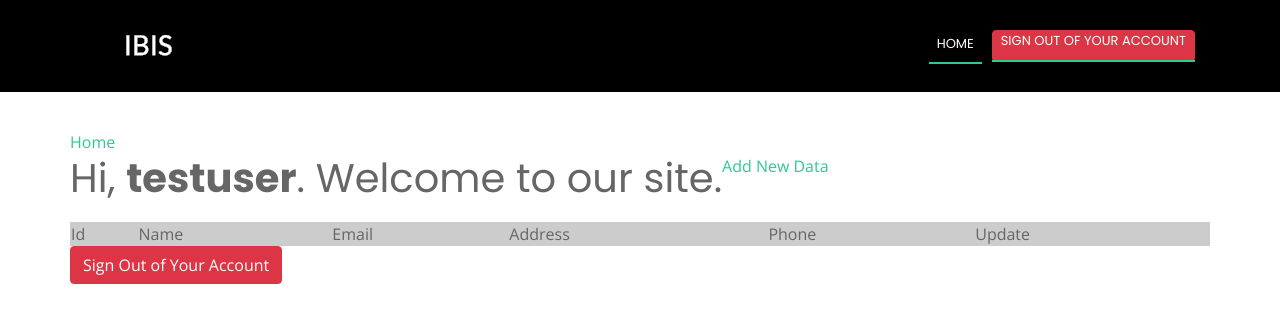
Repository: bhavrishi/Php_Internship_System
Page: http://localhost/ibis/admin/companies/index.php
The author's editor kept a record of every edit. The page is drawn from the files as they stood at one moment, then again after the next edit.
The browser window is 1280 px wide. The pictures show the whole page.
The page is run by PHP 8.4 with error messages shown; the project is at /var/www/html/. The session is filled in as if someone had signed in: {"username": "testuser"}. Other server files are loaded and not shown. Queries for data that is not in the repository find no rows.

Above is the page before.

### workspace/ibis/admin/companies/index.php


<?php
//including the database connection file
include_once("config.php");

// Initialize the session
session_start();

// If session variable is not set it will redirect to login page
if(!isset($_SESSION['username']) || empty($_SESSION['username'])){
 header("location: ../login.php");
 exit;
}

//fetching data in descending order (lastest entry first)
//$result = mysql_query("SELECT * FROM users ORDER BY id DESC"); // mysql_query is deprecated
$result = mysqli_query($mysqli, "SELECT * FROM companies ORDER BY company_id DESC"); // using mysqli_query instead
?>

<html>
<head>
	<title>Edit Companies</title>
	<meta charset="utf-8">
  <title>IBIS Internship System</title>
  <meta content="width=device-width, initial-scale=1.0" name="viewport">
  <meta content="" name="keywords">
  <meta content="" name="description">

  <!-- Favicons -->
  <link href="../../img/favicon.png" rel="icon">
  <link href="../..img/apple-touch-icon.png" rel="apple-touch-icon">

  <!-- Google Fonts -->
  <link href="https://fonts.googleapis.com/css?family=Open+Sans:300,300i,400,400i,700,700i|Poppins:300,400,500,700" rel="stylesheet">

  <!-- Bootstrap CSS File -->
  <link href="../../lib/bootstrap/css/bootstrap.min.css" rel="stylesheet">

  <!-- Libraries CSS Files -->
  <link href="../../lib/font-awesome/css/font-awesome.min.css" rel="stylesheet">
  <link href="../../lib/animate/animate.min.css" rel="stylesheet">

  <!-- Main Stylesheet File -->
  <link href="../style.css" rel="stylesheet">
</head>

<body>

	 <!--==========================
  Header
  ============================-->
  <header id="header">
    <div class="container">

      <div id="logo" class="pull-left">
        <a href="#"><img src="../../img/logo.png" alt="" title="" /></img></a>
        <!-- Uncomment below if you prefer to use a text logo -->
        <!--<h1><a href="#hero">Regna</a></h1>-->
      </div>
      <nav id="nav-menu-container">
        <ul class="nav-menu">
          <li class="menu-active"><a href="../">Home</a></li>
          <li class="menu-active"><a href="../logout.php" class="btn btn-danger">Sign Out of Your Account</a></li>
        </ul>
      </nav><!-- #nav-menu-container -->
    </div>
  </header><!-- #header -->

  <main id="main">

    <section id="about">
      <div class="container">
      	<div class="row">
      		<a href="../main.php"> Home</a>
      	</div>
        <div class="row about-container">

<h1>Hi, <b><?php echo $_SESSION['username']; ?></b>. Welcome to our site.</h1>
<a href="add.html">Add New Data</a><br/><br/>

	<table width='100%' border=0>

	<tr bgcolor='#CCCCCC'>
		<td>Id</td>
		<td>Name</td>
		<td>Email</td>
		<td>Address</td>
		<td>Phone</td>
		<td>Update</td>
	</tr>
	<?php
	//while($res = mysql_fetch_array($result)) { // mysql_fetch_array is deprecated, we need to use mysqli_fetch_array
	while($res = mysqli_fetch_array($result)) {
		echo "<tr>";
		echo "<td>".$res['company_id']."</td>";
		echo "<td>".$res['company_name']."</td>";
		echo "<td>".$res['company_email']."</td>";
		echo "<td>".$res['comapny_address']."</td>";
		echo "<td>".$res['company_phone']."</td>";

		echo "<td><a href=\"edit.php?company_id=$res[company_id]\">Edit</a> |
		<a href=\"delete.php?company_id=$res[company_id]\" onClick=\"return confirm('Are you sure you want to delete?')\">Delete</a></td>";
	}
	?>
	</table>
	<p><a href="../logout.php" class="btn btn-danger">Sign Out of Your Account</a></p>

</main>
</section>
</div>
</div>
</body>
</html>

### workspace/ibis/admin/companies/config.php
<?php
/*
// mysql_connect("database-host", "username", "password")
$conn = mysql_connect("localhost","root","root")
			or die("cannot connected");

// mysql_select_db("database-name", "connection-link-identifier")
@mysql_select_db("test",$conn);
*/

/**
 * mysql_connect is deprecated
 * using mysqli_connect instead
 */

$databaseHost = 'localhost';
$databaseName = 'Ibis';
$databaseUsername = 'sambuahin';
$databasePassword = '';

$mysqli = mysqli_connect($databaseHost, $databaseUsername, $databasePassword, $databaseName);

?>

### workspace/ibis/admin/style.css
.wrapper{
  width: 300px;
  margin: auto;
}
/*--------------------------------------------------------------
# General
--------------------------------------------------------------*/
form {
    margin-top: 2em;
}
.don{
  margin-top: 30px!important;
  width:100%;
  margin-bottom: 10px;
}
body {
  background: #fff;
  color: #666666;
  font-family: "Open Sans", sans-serif;
}
.con{
  width: 50%;
  margin: auto;
}
.mai{
  height: 100vh;
}
a {
  color: #2dc997;
}

a:hover, a:active, a:focus {
  color: #2dca98;
  outline: none;
  text-decoration: none;
}

p {
  padding: 0;
  margin: 0 0 30px 0;
}

h1, h2, h3, h4, h5, h6 {
  font-family: "Poppins", sans-serif;
  font-weight: 400;
  margin: 0 0 20px 0;
  padding: 0;
}

/* Prelaoder */
#preloader {
  position: fixed;
  left: 0;
  top: 0;
  z-index: 999;
  width: 100%;
  height: 100%;
  overflow: visible;
  background: #fff url("../img/preloader.svg") no-repeat center center;
}

/* Back to top button */
.back-to-top {
  position: fixed;
  display: none;
  background: rgba(0, 0, 0, 0.2);
  color: #fff;
  padding: 6px 12px 9px 12px;
  font-size: 16px;
  border-radius: 2px;
  right: 15px;
  bottom: 15px;
  transition: background 0.5s;
}

@media (max-width: 768px) {
  .back-to-top {
    bottom: 15px;
  }
}

.back-to-top:focus {
  background: rgba(0, 0, 0, 0.2);
  color: #fff;
  outline: none;
}

.back-to-top:hover {
  background: #2dc997;
  color: #fff;
}

/*--------------------------------------------------------------
# Header
--------------------------------------------------------------*/
#header {
  padding: 30px 0;
  height: 92px;
  position: fixed;
  left: 0;
  top: 0;
  right: 0;
  transition: all 0.5s;
  z-index: 997;

      background-color: #000000;
}

#header #logo {
  float: left;
}

#header #logo h1 {
  font-size: 36px;
  margin: 0;
  padding: 6px 0;
  line-height: 1;
  font-family: "Poppins", sans-serif;
  font-weight: 700;
  letter-spacing: 3px;
  text-transform: uppercase;
}

#header #logo h1 a, #header #logo h1 a:hover {
  color: #fff;
}

#header #logo img {
  padding: 0;
  margin: 0;
}

@media (max-width: 768px) {
  #header #logo h1 {
    font-size: 26px;
  }
  #header #logo img {
    max-height: 40px;
  }
}

#header.header-fixed {
  background: rgba(52, 59, 64, 0.9);
  padding: 20px 0;
  height: 72px;
  transition: all 0.5s;
}

/*--------------------------------------------------------------
# Hero Section
--------------------------------------------------------------*/
#hero {
  display: table;
  width: 100%;
  height: 100vh;
  background: url(../img/hero-bg.jpg) top center fixed;
  background-size: cover;
}

#hero .hero-container {
  background: rgba(0, 0, 0, 0.6);
  display: table-cell;
  margin: 0;
  padding: 0 10px;
  text-align: center;
  vertical-align: middle;
}

#hero h1 {
  margin: 30px 0 10px 0;
  font-size: 48px;
  font-weight: 700;
  line-height: 56px;
  text-transform: uppercase;
  color: #fff;
}

@media (max-width: 768px) {
  #hero h1 {
    font-size: 28px;
    line-height: 36px;
  }
}

#hero h2 {
  color: #eee;
  margin-bottom: 50px;
  font-size: 24px;
}

@media (max-width: 768px) {
  #hero h2 {
    font-size: 18px;
    line-height: 24px;
    margin-bottom: 30px;
  }
}

#hero .btn-get-started {
  font-family: "Poppins", sans-serif;
  text-transform: uppercase;
  font-weight: 500;
  font-size: 16px;
  letter-spacing: 1px;
  display: inline-block;
  padding: 8px 28px;
  border-radius: 50px;
  transition: 0.5s;
  margin: 10px;
  border: 2px solid #fff;
  color: #fff;
}

#hero .btn-get-started:hover {
  background: #2dc997;
  border: 2px solid #2dc997;
}

/*--------------------------------------------------------------
# Navigation Menu
--------------------------------------------------------------*/
/* Nav Menu Essentials */
.nav-menu, .nav-menu * {
  margin: 0;
  padding: 0;
  list-style: none;
}

.nav-menu ul {
  position: absolute;
  display: none;
  top: 100%;
  left: 0;
  z-index: 99;
}

.nav-menu li {
  position: relative;
  white-space: nowrap;
}

.nav-menu > li {
  float: left;
}

.nav-menu li:hover > ul,
.nav-menu li.sfHover > ul {
  display: block;
}

.nav-menu ul ul {
  top: 0;
  left: 100%;
}

.nav-menu ul li {
  min-width: 180px;
}

/* Nav Menu Arrows */
.sf-arrows .sf-with-ul {
  padding-right: 30px;
}

.sf-arrows .sf-with-ul:after {
  content: "\f107";
  position: absolute;
  right: 15px;
  font-family: FontAwesome;
  font-style: normal;
  font-weight: normal;
}

.sf-arrows ul .sf-with-ul:after {
  content: "\f105";
}

/* Nav Meu Container */
#nav-menu-container {
  float: right;
  margin: 0;
}

@media (max-width: 768px) {
  #nav-menu-container {
    display: none;
  }
}

/* Nav Meu Styling */
.nav-menu a {
  padding: 0 8px 10px 8px;
  text-decoration: none;
  display: inline-block;
  color: #fff;
  font-family: "Poppins", sans-serif;
  font-weight: 400;
  text-transform: uppercase;
  font-size: 13px;
  outline: none;
}

.nav-menu > li {
  margin-left: 10px;
}

.nav-menu > li > a:before {
  content: "";
  position: absolute;
  width: 100%;
  height: 2px;
  bottom: 0;
  left: 0;
  background-color: #2dc997;
  visibility: hidden;
  -webkit-transform: scaleX(0);
  transform: scaleX(0);
  -webkit-transition: all 0.3s ease-in-out 0s;
  transition: all 0.3s ease-in-out 0s;
}

.nav-menu a:hover:before, .nav-menu li:hover > a:before, .nav-menu .menu-active > a:before {
  visibility: visible;
  -webkit-transform: scaleX(1);
  transform: scaleX(1);
}

.nav-menu ul {
  margin: 4px 0 0 0;
  border: 1px solid #e7e7e7;
}

.nav-menu ul li {
  background: #fff;
}

.nav-menu ul li:first-child {
  border-top: 0;
}

.nav-menu ul li a {
  padding: 10px;
  color: #333;
  transition: 0.3s;
  display: block;
  font-size: 13px;
  text-transform: none;
}

.nav-menu ul li a:hover {
  background: #2dc997;
  color: #fff;
}

.nav-menu ul ul {
  margin: 0;
}

/* Mobile Nav Toggle */
#mobile-nav-toggle {
  position: fixed;
  right: 0;
  top: 0;
  z-index: 999;
  margin: 20px 20px 0 0;
  border: 0;
  background: none;
  font-size: 24px;
  display: none;
  transition: all 0.4s;
  outline: none;
  cursor: pointer;
}

#mobile-nav-toggle i {
  color: #fff;
}

@media (max-width: 768px) {
  #mobile-nav-toggle {
    display: inline;
  }
}

/* Mobile Nav Styling */
#mobile-nav {
  position: fixed;
  top: 0;
  padding-top: 18px;
  bottom: 0;
  z-index: 998;
  background: rgba(52, 59, 64, 0.9);
  left: -260px;
  width: 260px;
  overflow-y: auto;
  transition: 0.4s;
}

#mobile-nav ul {
  padding: 0;
  margin: 0;
  list-style: none;
}

#mobile-nav ul li {
  position: relative;
}

#mobile-nav ul li a {
  color: #fff;
  font-size: 16px;
  overflow: hidden;
  padding: 10px 22px 10px 15px;
  position: relative;
  text-decoration: none;
  width: 100%;
  display: block;
  outline: none;
}

#mobile-nav ul li a:hover {
  color: #fff;
}

#mobile-nav ul li li {
  padding-left: 30px;
}

#mobile-nav ul .menu-has-children i {
  position: absolute;
  right: 0;
  z-index: 99;
  padding: 15px;
  cursor: pointer;
  color: #fff;
}

#mobile-nav ul .menu-has-children i.fa-chevron-up {
  color: #2dc997;
}

#mobile-nav ul .menu-item-active {
  color: #2dc997;
}

#mobile-body-overly {
  width: 100%;
  height: 100%;
  z-index: 997;
  top: 0;
  left: 0;
  position: fixed;
  background: rgba(52, 59, 64, 0.9);
  display: none;
}

/* Mobile Nav body classes */
body.mobile-nav-active {
  overflow: hidden;
}

body.mobile-nav-active #mobile-nav {
  left: 0;
}

body.mobile-nav-active #mobile-nav-toggle {
  color: #fff;
}

/*--------------------------------------------------------------
# Sections
--------------------------------------------------------------*/
/* Sections Header
--------------------------------*/
.section-header .section-title {
  font-size: 32px;
  color: #111;
  text-transform: uppercase;
  text-align: center;
  font-weight: 700;
  margin-bottom: 5px;
}

.section-header .section-description {
  text-align: center;
  padding-bottom: 40px;
  color: #999;
}

/* About Us Section
--------------------------------*/
#about {
  background: #fff;
  padding: 130px 0;
}

#about .about-container .background {
  min-height: 300px;
  background: url(../img/about-img.jpg) center top no-repeat;
  margin-bottom: 10px;
}

#about .about-container .content {
  background: #fff;
}

#about .about-container .title {
  color: #333;
  font-weight: 700;
  font-size: 32px;
}

@media (max-width: 768px) {
  #about .about-container .title {
    padding-top: 15px;
  }
}

#about .about-container p {
  line-height: 26px;
}

#about .about-container p:last-child {
  margin-bottom: 0;
}

#about .about-container .icon-box {
  background: #fff;
  background-size: cover;
  padding: 0 0 30px 0;
}

#about .about-container .icon-box .icon {
  float: left;
  background: #fff;
  padding: 16px;
  border-radius: 50%;
  border: 2px solid #2dc997;
}

#about .about-container .icon-box .icon i {
  color: #2dc997;
  font-size: 24px;
}

#about .about-container .icon-box .title {
  margin-left: 80px;
  font-weight: 500;
  margin-bottom: 5px;
  font-size: 18px;
  text-transform: uppercase;
}

#about .about-container .icon-box .title a {
  color: #111;
}

#about .about-container .icon-box .description {
  margin-left: 80px;
  line-height: 24px;
  font-size: 14px;
}

/* Facts Section
--------------------------------*/
#facts {
  background: #f7f7f7;
  padding: 80px 0 60px 0;
}

#facts .counters span {
  font-size: 48px;
  display: block;
  color: #2dc997;
}

#facts .counters p {
  padding: 0;
  margin: 0 0 20px 0;
  font-family: "Poppins", sans-serif;
  font-size: 14px;
}

/* Services Section
--------------------------------*/
#services {
  background: #fff;
  background-size: cover;
  padding: 100px 0 60px 0;
  min-height: 90vh;

}

#services .box {
  padding: 50px 20px;
  margin-bottom: 50px;
  text-align: center;
  border: 1px solid #e6e6e6;
  height: 200px;
  position: relative;
  background: #fafafa;
}

#services .icon {
  position: absolute;
  top: -36px;
  left: calc(50% - 36px);
  transition: 0.2s;
  border-radius: 50%;
  display: inline-block;
  border: 6px solid #fff;
}

#services .icon a {
  display: inline-block;
  background: #2dc997;
  border: 2px solid #2dc997;
  padding: 16px;
  border-radius: 50%;
  transition: 0.3s;
}

#services .icon i {
  color: #fff;
  font-size: 24px;
}

#services .box:hover .icon i {
  color: #2dc997;
}

#services .box:hover .icon a {
  color: #2dc997;
  background: #fff;
}

#services .title {
  font-weight: 700;
  font-size: 18px;
  margin-bottom: 15px;
  text-transform: uppercase;
}

#services .title a {
  color: #111;
}

#services .description {
  font-size: 14px;
  line-height: 24px;
}

/* Call To Action Section
--------------------------------*/
#call-to-action {
  background: linear-gradient(rgba(0, 0, 0, 0.6), rgba(0, 0, 0, 0.6)), url(../img/call-to-action-bg.jpg) fixed center center;
  background-size: cover;
  padding: 80px 0;
}

#call-to-action .cta-title {
  color: #fff;
  font-size: 28px;
  font-weight: 700;
}

#call-to-action .cta-text {
  color: #fff;
}

@media (min-width: 769px) {
  #call-to-action .cta-btn-container {
    display: flex;
    align-items: center;
    justify-content: flex-end;
  }
}

#call-to-action .cta-btn {
  font-family: "Poppins", sans-serif;
  text-transform: uppercase;
  font-weight: 500;
  font-size: 16px;
  letter-spacing: 1px;
  display: inline-block;
  padding: 8px 30px;
  border-radius: 50px;
  transition: 0.5s;
  margin: 10px;
  border: 2px solid #fff;
  color: #fff;
}

#call-to-action .cta-btn:hover {
  background: #2dc997;
  border: 2px solid #2dc997;
}

/* Portfolio Section
--------------------------------*/
#portfolio {
  background: #f7f7f7;
  padding: 80px 0;
}

#portfolio #portfolio-wrapper {
  padding-right: 15px;
}

#portfolio #portfolio-flters {
  padding: 0;
  margin: 0 0 45px 0;
  list-style: none;
  text-align: center;
}

#portfolio #portfolio-flters li {
  cursor: pointer;
  margin: 0 10px;
  display: inline-block;
  padding: 10px 22px;
  font-size: 12px;
  line-height: 20px;
  color: #666666;
  border-radius: 4px;
  text-transform: uppercase;
  background: #fff;
  margin-bottom: 5px;
  transition: all 0.3s ease-in-out;
}

#portfolio #portfolio-flters li:hover, #portfolio #portfolio-flters li.filter-active {
  background: #2dc997;
  color: #fff;
}

#portfolio .portfolio-item {
  position: relative;
  height: 200px;
  overflow: hidden !important;
  margin-bottom: 15px;
  transition: all 350ms ease;
  transform: scale(1);
}

#portfolio .portfolio-item a {
  display: block;
  margin-right: 15px;
}

#portfolio .portfolio-item img {
  position: relative;
  top: 0;
  transition: all 600ms cubic-bezier(0.645, 0.045, 0.355, 1);
}

#portfolio .portfolio-item .details {
  height: 50px;
  background: #2dc997;
  position: absolute;
  width: 100%;
  height: 50px;
  bottom: -50px;
  transition: all 300ms cubic-bezier(0.645, 0.045, 0.355, 1);
}

#portfolio .portfolio-item .details h4 {
  font-size: 14px;
  font-weight: 700;
  color: #fff;
  padding: 8px 0 2px 8px;
  margin: 0;
}

#portfolio .portfolio-item .details span {
  display: block;
  color: #fff;
  font-size: 13px;
  padding-left: 8px;
}

#portfolio .portfolio-item:hover .details {
  bottom: 0;
}

#portfolio .portfolio-item:hover img {
  top: -30px;
}

/* Team Section
--------------------------------*/
#team {
  background: #fff;
  padding: 80px 0 60px 0;
}

#team .member {
  text-align: center;
  margin-bottom: 20px;
}

#team .member .pic {
  margin-bottom: 15px;
  overflow: hidden;
  height: 260px;
}

#team .member .pic img {
  max-width: 100%;
}

#team .member h4 {
  font-weight: 700;
  margin-bottom: 2px;
  font-size: 18px;
}

#team .member span {
  font-style: italic;
  display: block;
  font-size: 13px;
}

#team .member .social {
  margin-top: 15px;
}

#team .member .social a {
  color: #b3b3b3;
}

#team .member .social a:hover {
  color: #2dc997;
}

#team .member .social i {
  font-size: 18px;
  margin: 0 2px;
}

/* Contact Section
--------------------------------*/
#contact {
  background: #f7f7f7;
  padding: 120px 0 40px 0;
}

#contact #google-map {
  height: 300px;
  margin-bottom: 70px;
}

#contact .info {
  color: #333333;
}

#contact .info i {
  font-size: 32px;
  color: #2dc997;
  float: left;
}

#contact .info p {
  padding: 0 0 10px 50px;
  margin-bottom: 20px;
  line-height: 22px;
  font-size: 14px;
}

#contact .info .email p {
  padding-top: 5px;
}

#contact .social-links {
  padding-bottom: 20px;
}

#contact .social-links a {
  font-size: 18px;
  display: inline-block;
  background: #333;
  color: #fff;
  line-height: 1;
  padding: 8px 0;
  border-radius: 50%;
  text-align: center;
  width: 36px;
  height: 36px;
  transition: 0.3s;
}

#contact .social-links a:hover {
  background: #2dc997;
  color: #fff;
}

#contact .form #sendmessage {
  color: #2dc997;
  border: 1px solid #2dc997;
  display: none;
  text-align: center;
  padding: 15px;
  font-weight: 600;
  margin-bottom: 15px;
}

#contact .form #errormessage {
  color: red;
  display: none;
  border: 1px solid red;
  text-align: center;
  padding: 15px;
  font-weight: 600;
  margin-bottom: 15px;
}

#contact .form #sendmessage.show, #contact .form #errormessage.show, #contact .form .show {
  display: block;
}

#contact .form .validation {
  color: red;
  display: none;
  margin: 0 0 20px;
  font-weight: 400;
  font-size: 13px;
}

#contact .form input, #contact .form textarea {
  border-radius: 0;
  box-shadow: none;
  font-size: 14px;
}

#contact .form button[type="submit"] {
  background: #2dc997;
  border: 0;
  padding: 10px 24px;
  color: #fff;
  transition: 0.4s;
}

#contact .form button[type="submit"]:hover {
  background: #51d8ad;
}

/*--------------------------------------------------------------
# Footer
--------------------------------------------------------------*/
#footer {
  background: #343b40;
  padding: 30px 0;
  color: #fff;
  font-size: 14px;
}

#footer .copyright {
  text-align: center;
}

#footer .credits {
  padding-top: 10px;
  text-align: center;
  font-size: 13px;
  color: #ccc;
}

Loaded but not shown: workspace/ibis/lib/bootstrap/css/bootstrap.min.css (library); workspace/ibis/lib/font-awesome/css/font-awesome.min.css (library); workspace/ibis/lib/animate/animate.min.css (library)

After the next edit:
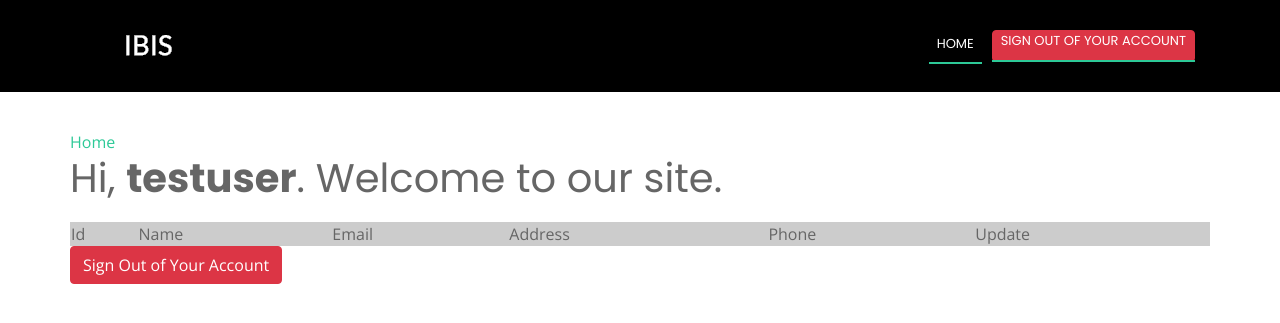
The edit:
--- a/workspace/ibis/admin/companies/index.php
+++ b/workspace/ibis/admin/companies/index.php
@@ -77,7 +77,7 @@
         <div class="row about-container">
 
 <h1>Hi, <b><?php echo $_SESSION['username']; ?></b>. Welcome to our site.</h1>
-<a href="add.html">Add New Data</a><br/><br/>
+<br/><br/>
 
 	<table width='100%' border=0>
 
